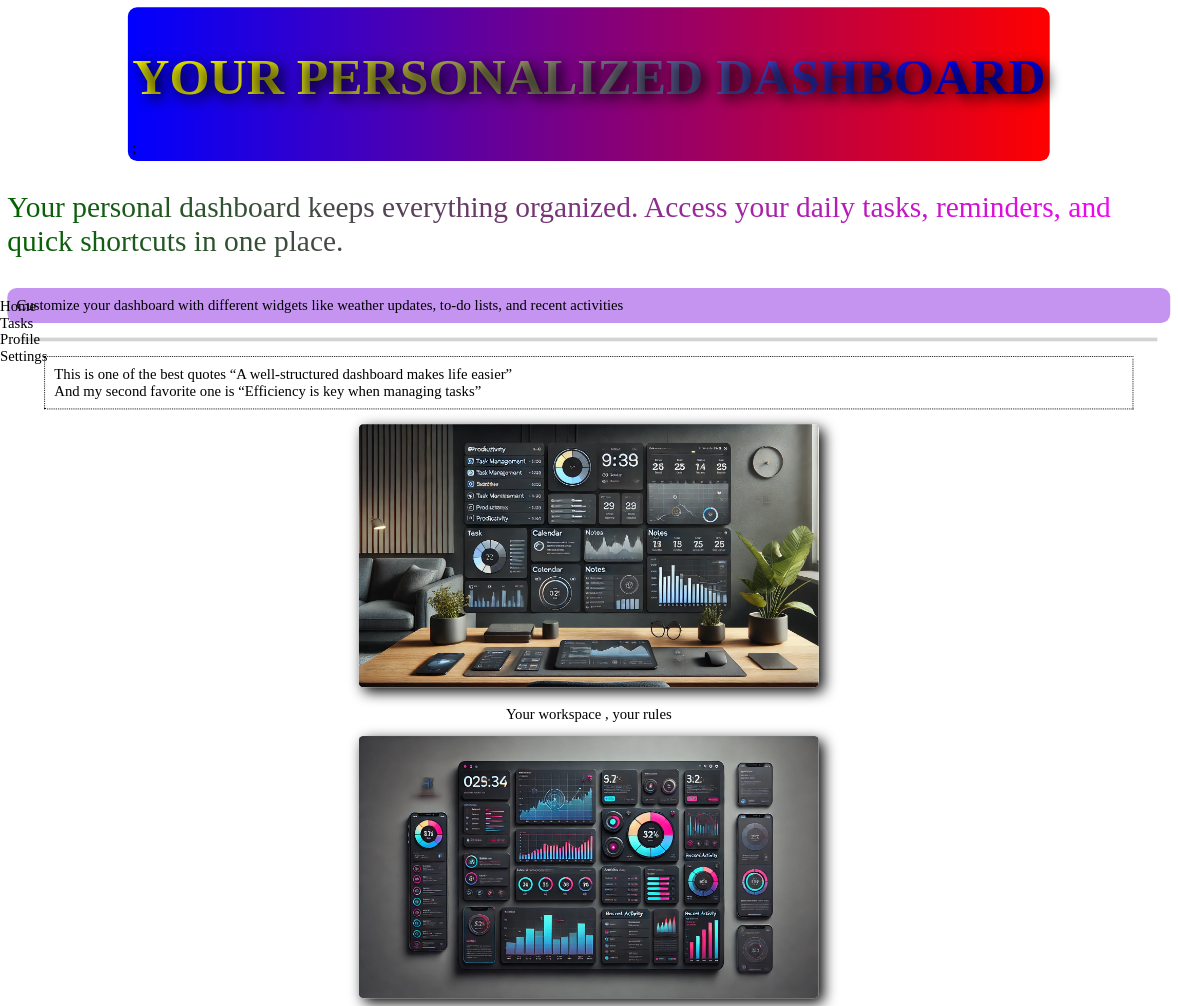
Repository: Parnicoza/testecomplete
Page: testcomplet-14.html
These files come from the project's save history. The page is drawn as it stood at one moment and after the next save; the edit follows.
The browser window is 1280 px wide. The pictures show the whole page, at 92% of full size.

Above is the page before, as saved 2025-02-24 18:33:23.

### testcomplet-14.html
<!DOCTYPE html>
<html lang="en">
    <head>
        <title>Personal Dashboard</title>
        <link rel="stylesheet" href="stilizaretestcomplet-14.css">
        <link rel="icon" href="imaginitestecomplete/dashboard.ico">
    </head>
    <body>
        <div class="background-for-the-heading">
         <h1 class="main-heading">Your Personalized Dashboard</h1>;
        </div>

        <p class="paragraph-gradient">Your personal dashboard keeps everything organized. Access your daily tasks, reminders, and quick shortcuts in one place.</p>

        <p class="semi-transparent-background">Customize your dashboard with different widgets like weather updates, to-do lists, and recent activities</p>

        <hr class="divider">

        <blockquote class="quote">
           This is one of the best quotes <q>A well-structured dashboard makes life easier</q> <br>
           And my second favorite one is <q>Efficiency is key when managing tasks</q>
        </blockquote>

        <img src="imaginitestecomplete/productivity.jpg" alt="productivity image" width="500 px" class="image" title="Productivity image">

        <picture class="picture">
            <source media="(min-width: 800px)" srcset="imaginitestecomplete/dashboard.jpg">
            <source media="(min-width: 600px)" srcset="imaginitestecomplete/dashboardfortablets.jpg">
            <source media="(min-width: 400px)" srcset="imaginitestecomplete/dashboardformobile.jpg">
            <div style="text-align: center; margin: 15px; margin-top: 20px;">
             <caption class="caption">Your workspace , your rules</caption>
            </div>
            <img src="imaginitestecomplete/dashboardfallback.jpg" alt="dashboard image" width="500 px" class="image" title="Dashboard image">
        </picture>

        <div class="Dashboard">
            <div class="sidebar">
                <ul class="list">
                    <li>Home</li>
                    <li>Tasks</li>
                    <li>Profile</li>
                    <li>Settings</li>
                </ul>
            </div>
        </div>
    </body>
</html>

### stilizaretestcomplet-14.css
.main-heading{
    text-align: center;
    text-transform: uppercase;
    text-shadow: 5px 5px 15px black;
    font-size: 3.5em;
    background: linear-gradient(to right, yellow 0%, yellow 10%, blue 90%, blue 100%);
    background-clip: text;
    color: transparent;
}

.background-for-the-heading{
    background: linear-gradient(to right, blue, red);
    width: fit-content;
    margin: auto;
    padding: 5px;
    border-radius: 10px;
}

.paragraph-gradient{
    background: linear-gradient(to right, darkgreen, magenta);
    background-clip: text;
    color: transparent;
    font-size: 2em;
}

.semi-transparent-background{
    background-color: rgba(138, 43, 226, 0.5);
    border-radius: 10px;
    padding: 10px;
    color: black;
}
.quote{
    border: 1px dotted black;
    padding: 10px;
}

.divider{
    border: none;
    height: 4px;
    background-color: lightgray;
    border: 3pz dotted black;
    margin: 14px;

}

.image{
    border-radius: 5px;
    box-shadow: 5px 5px 15px black;
    display: block;
    margin: 0 auto;
}

.caption{
    text-align: center;
    font-style: italic;
    font-size: 1.5em;
    display: block;
    margin: 0 auto;
    width: 100%;
}

.Dashboard{
    display: flex;
}

.sidebar{
    display: flex;
    flex-direction: column;
   width: 250px;
   position: fixed;
   left: 0;
   top: 0;
   height: 100vh;
   justify-content: center;
   gap: 30px;
}

.list{
    list-style-type: none;
    padding: 0;
}

.sidebar{
    float: left;
}

After the next save:
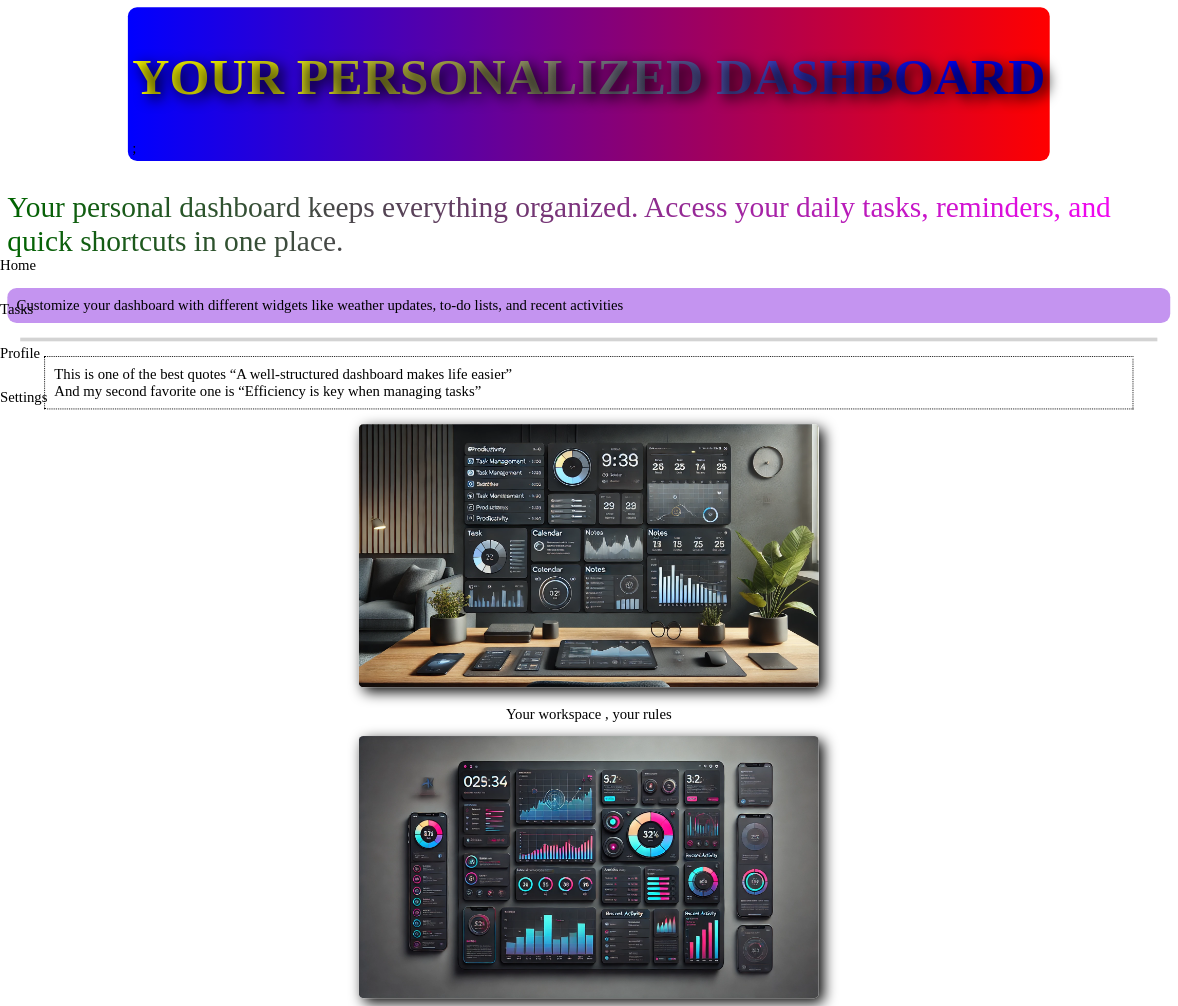
Saved 3 min 20 s later.
--- a/stilizaretestcomplet-14.css
+++ b/stilizaretestcomplet-14.css
@@ -77,6 +77,9 @@
 
 .list{
     list-style-type: none;
+    display: flex;
+    flex-direction: column;
+    gap: 30px;
     padding: 0;
 }
 
